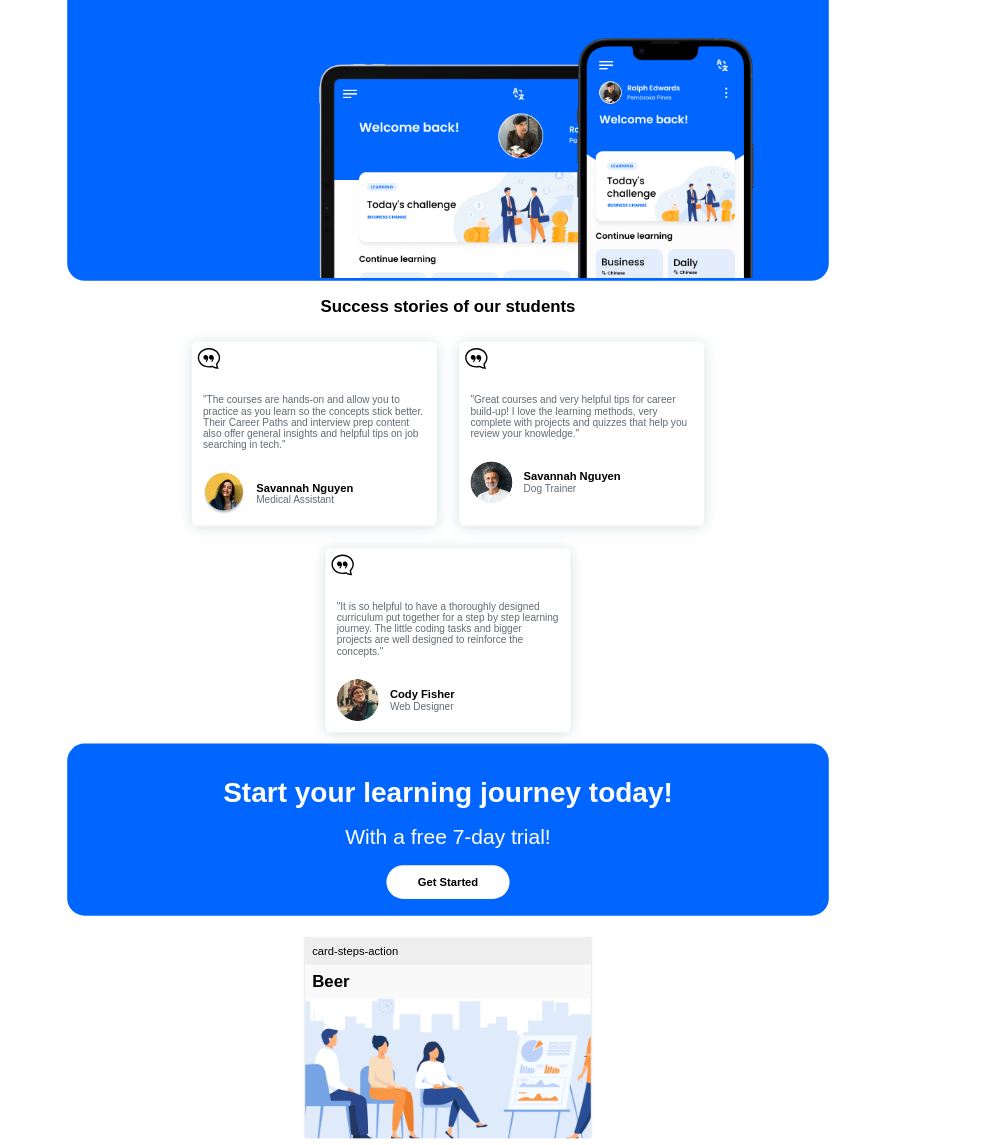
Repository: BinhIT/ChineseLearn
Page: index.html
The author's editor kept a copy of each file at every save. The page is drawn from the files as they stood at one save, then again after the next save.
The browser window is 1280 px wide. The page is 1436 px wide, so the pictures cover 1436 px, including what lies to the right of the window. The pictures show the part of the page from y = 1533 to 3253 px (the page is 3169 px tall before and 3253 px after), at 70% of full size.

Above is the page before, as saved 2023-03-02 07:35:43.
Console error: ReferenceError: $ is not defined

### index.html
<!DOCTYPE html>
<html lang="en">

<head>
    <meta charset="UTF-8">
    <meta http-equiv="X-UA-Compatible" content="IE=edge">
    <meta name="viewport" content="width=device-width, initial-scale=1.0">
    <link rel="icon" type="image/x-icon" href="./image/uil_english-to-chinese.svg">
    <meta name="viewport" content="width=device-width, initial-scale=1">
    <link rel="stylesheet" href="https://cdnjs.cloudflare.com/ajax/libs/font-awesome/4.7.0/css/font-awesome.min.css">
    <meta name="viewport" content="width=device-width, initial-scale=1">
    <link rel="stylesheet" href="https://cdnjs.cloudflare.com/ajax/libs/font-awesome/4.7.0/css/font-awesome.min.css">
    <link rel="stylesheet" href="./css/main.css">
    <link rel="stylesheet" href="./css/header.css">
    <link rel="stylesheet" href="./css/section.css">
    <link rel="stylesheet" href="./css/stories_card.css">
    <link rel="stylesheet" href="./css/4step.css">
    <title>Learn Chinese </title>
</head>

<body>
    <nav id="menu_header">
        <a href="javascript:void(0);" class="icon_nav" onclick="myFunction()">
            <i class="fa fa-bars"></i>
        </a>
        <label class="logo_main"><img src="./image/logo.png" alt=""></label>
        <label class="logo_mobile"><img src="./image/logo_short.png" alt=""></label>
        <ul id="menu_link">
            <li><a href="#">About us</a></li>
            <li><a href="#">Fricing</a></li>
            <li><a href="#">Help</a></li>
        </ul>
        <ul id="menu_btn">
            <button class="btn default">Sign In</button>
            <button class="btn info">Get Started</button>
        </ul>

    </nav>
    <!-- Hero section -->
    <section class="hero-section">
        <div class="row flex-container ">
            <div class="hero-col1">
                <h1>We help you learn chinese and get hired quickly</h1>
                <h4>The free, fun, and effective way to learn a language!</h4>
                <button class="btn btn_hero">Get Started</button>
            </div>
            <div class="hero-col2">
                <img src="./image/img-hero.png" alt="">
            </div>
        </div>

    </section>
    <!--End hero section -->
    <!-- Start section -->
    <section class="start-section">
        <div class="row flex-container">
            <div class="start-img">
                <img src="./image/start.png" alt="">
            </div>
            <div class="start-content">
                <h1>Start your business</h1>
                <p>Want to start speaking Chinese from your first lesson? You will! Our lessons take you by the hand and
                    guide you through real Chinese conversations. Our teachers slow down and explain every word and
                    phrase.
                </p>
                <p>
                    Just imagine... you’ll finally understand every Chinese word you hear.Learning for travel or love?
                    Want
                    to focus on reading, writing, grammar or culture? You get lessons based on your goals and needs.
                </p>
            </div>

        </div>

    </section>
    <!--End Start section -->
    <!-- Innovative section -->
    <section class="row innovative-section">
        <div class=" innovative-container">
            <div class="innovative-content">
                <h1>Innovative teaching methods</h1>
                <h4>Transform your life by committing to learning for 30 minutes a day</h4>
            </div>
            <div class="innovative-img">
                <img src="./image/innovative.png" alt="">
            </div>

        </div>

    </section>
    <!--End Innovative section -->
    <!-- Section stories student -->
    <section class="stories-section">
        <h1>Success stories of our students</h1>
        <div class="wrapper">

            <div class="card">
                <div class="card-banner">
                    <img class="icon-img" src='./image/bi_chat-quote.svg' alt=''>
                </div>
                <div class="card-body">
                    <p class="blog-description">"The courses are hands-on and allow you to practice as you learn so the
                        concepts stick better. Their Career Paths and interview prep content also offer general insights
                        and helpful tips on job searching in tech."
                    </p>
                    <div class="card-profile">
                        <img class="profile-img" src='./image/Ellipse 1.png' alt=''>
                        <div class="card-profile-info">
                            <h3 class="profile-name">Savannah Nguyen</h3>
                            <p class="profile-followers">Medical Assistant</p>
                        </div>
                    </div>
                </div>
            </div>

            <div class="card">
                <div class="card-banner">
                    <img class="icon-img" src='./image/bi_chat-quote.svg' alt=''>
                </div>
                <div class="card-body">
                    <p class="blog-description">"Great courses and very helpful tips for career build-up! I love the
                        learning methods, very complete with projects and quizzes that help you review your knowledge."
                    </p>

                    <div class="card-profile">
                        <img class="profile-img" src='./image/Ellipse 2.png' alt=''>
                        <div class="card-profile-info">
                            <h3 class="profile-name">Savannah Nguyen</h3>
                            <p class="profile-followers">Dog Trainer</p>
                        </div>
                    </div>
                </div>
            </div>

            <div class="card">
                <div class="card-banner">
                    <img class="icon-img" src='./image/bi_chat-quote.svg' alt=''>
                </div>
                <div class="card-body">
                    <p class="blog-description">"It is so helpful to have a thoroughly designed curriculum put together
                        for a step by step learning journey. The little coding tasks and bigger projects are well
                        designed to reinforce the concepts."
                    </p>

                    <div class="card-profile">
                        <img class="profile-img" src='./image/Ellipse 3.png' alt=''>
                        <div class="card-profile-info">
                            <h3 class="profile-name">Cody Fisher</h3>
                            <p class="profile-followers">Web Designer</p>
                        </div>
                    </div>
                </div>
            </div>

        </div>
    </section>
    <!--End  Section stories student -->
    <!-- Section call to action -->
    <section class="call-action-section">
        <div class="wrapper call-action-wrapper">
            <h1>Start your learning journey today!</h1>
            <h3>With a free 7-day trial!</h3>
            <div>
                <button class="btn btn_defaut">Get Started</button>
            </div>

        </div>
    </section>
    <!--End  Section call to action -->
    <!-- Section steps-->
    <section class="steps-section">
        <div class="wrapper steps-wrapper">
            <div class="card-steps">
                <div class="card-steps-action">
                    <p>card-steps-action</p>
                </div>
                <div class="card-steps-content">
                    <h2>Beer</h2>
                </div>
                <div class="card-steps-image" style="background-image: url('./image/step1-bg.png')">
                </div>
            </div>


        </div>
    </section>
    <!--End  Section steps -->
</body>
<script src="./js/header.js"></script>

</html>

### css/main.css
:root {
    --clr-gray-light: #d7dfe2;
    --clr-gray-med: #616b74;
    --clr-gray-dark: #414b56;
    --clr-primary: #0066FF;
    ;
}

@import url('https://fonts.googleapis.com/css2?family=Poppins:wght@500;600&display=swap');



* {
    padding: 0;
    margin: 0;
    text-decoration: none;
    list-style: none;
    font-family: 'Poppins', sans-serif;

}

body {
    width: 85%;
    padding: auto;
    margin: auto;
}

.wrapper {
    padding-top: 2%;
    display: flex;
    flex-wrap: wrap;
    justify-content: center;
}

.btn {
    border-radius: 25px;
    font-size: 16px;
    cursor: pointer;
    border: none;

}

.btn_defaut {
    background-color: #fff;
    padding: 15px 45px;
    font-weight: 700;
    color: #000;

}

.call-action-wrapper {
    color: #ffff;
    text-align: center;
    line-height: 4em;
    background-color: var(--clr-primary);
    flex-direction: column;
    height: 14em;
    border-radius: 25px;

}

.call-action-wrapper h1 {
    font-size: 40px;
}

.call-action-wrapper h3 {
    font-size: 30px;
    font-weight: 400;
}

### css/header.css
#menu_header {
    display: flex;
    flex-wrap: nowrap;
    justify-content: space-between;
    align-items: center;
}

nav {
    height: 65px;
    margin: 0 auto;
    background: #ffffff;
    border-bottom: 2px solid #B3B3B3;
}

label.logo {
    font-size: 35px;
    font-weight: bold;
    color: #fff;
    padding: 0 100px;
    line-height: 80px;
}

nav ul {
    float: right;
    margin-right: 40px;
}

nav li {
    display: inline-block;
    margin: 0 8px;
    line-height: 80px;
}

nav a {
    color: #000000;
    font-size: 18px;
    font-weight: 700;
    border: 1px solid transparent;
    padding: 7px 10px;
    border-radius: 3px;
}

a.active,
a:hover {
    border: 1px solid #000000;
    transition: .5s;
}


/* Blue */
.info {
    background-color: #0066FF;
    border-color: #2196F3;
    color: rgb(255, 255, 255);
    padding: 8px 28px;
}

.info:hover {
    background: #0066FF;
    color: white;
}

/* Gray */
.default {
    border-color: #e7e7e7;
    color: black;
    padding: 8px 28px;
}

.default:hover {
    background: #e7e7e7;
}

/* logo */
.logo_mobile {
    display: none;
}

#menu_header .icon_nav {
    display: none;

}



@media only screen and (max-width:854px) {
    .logo_mobile {
        display: block;
    }

    .logo_main {
        display: none;
    }

    nav {
        width: 95%;
    }

    #menu_header .icon_nav {
        display: block;
        width: 30%;
    }

    #menu_btn {
        display: contents;
        float: right;
    }

    #menu_btn .default {
        display: none;
    }

    #menu_header #menu_link {
        display: none;
    }

    .btn_header {
        font-size: 5px;
        padding: 8px 25px;
    }


}

@media only screen and (max-width: 1024px) {
    nav #icon {
        display: block;
    }

    .logo_mobile {
        display: block;
        width: 15%;
    }

    .logo_main {
        display: none;
    }

    nav a {
        font-size: 18px;
    }

    a.active,
    a:hover {
        border: none;
        color: #3498db;
    }

    nav ul.show {
        left: 0;
    }

    .btn_header {

        font-size: 8px;
    }
}

### css/section.css
/* section hero */
.row {

    margin: auto;
    padding: auto;
}

.hero-section {
    padding-top: 5%;
}

.hero-col1 {
    padding-top: 4%;
    line-height: 5em;
}

.hero-col1 h1 {
    font-size: 45px;

}

.flex-container {
    display: flex;
}

.btn_hero {
    background-color: var(--clr-primary);
    border-color: #2196F3;
    color: rgb(255, 255, 255);
    padding: 10px 35px;
}

/* Start section */
.start-section {
    margin-top: 5%;
}

.start-content {
    padding: 5% 5%;
    margin: auto;
}

.start-content h1 {
    font-size: 40px;
}

.start-content p {
    font-size: 20px;
    padding-top: 5%;
}

/* innovative-section */
.innovative-section {
    margin-top: 5%;
    background-color: var(--clr-primary);
    text-align: center;
    border-radius: 25px;
}

.innovative-container {
    display: flex;
    flex-direction: column;
    justify-content: space-around;
}

.innovative-content {
    line-height: 4em;
    display: block;
    margin-left: auto;
    margin-right: auto;
    padding: 2%;
    color: #ffffff;
}

.innovative-content h1 {
    font-size: 40px;
}

.innovative-content h4 {
    font-weight: 300;
    font-size: 30px;
}

.innovative-img img {
    padding-top: 2%;
}

/* reponsive section */
@media screen and (max-width: 1265px) {
    .flex-container {
        flex-wrap: wrap;
    }

    .innovative-img img {
        max-width: 90%;
    }


}

/* tablet */
@media screen and (max-width: 1024px) {
    .hero-col1 h1 {
        font-size: 50px;

    }

    .hero-col1 h4 {
        font-size: 30px;

    }

    .innovative-img img {
        max-width: 90%;
    }
}

/* Mobile */
@media only screen and (min-width: 595px) and (max-width:765px) {
    .hero-col1 {
        line-height: 4em;
    }

    .hero-col1 h1 {
        font-size: 50px;

    }

    .hero-col1 h4 {
        font-size: 30px;

    }


    .start-img img {
        width: 85%;
    }

    .start-content h1 {
        font-size: 25px;
    }

    .start-content p {
        font-size: 15px;
    }

    .hero-col2 img {
        width: 85%;
        padding: 5% 5%;
    }

}

@media only screen and (min-width: 360px) and (max-width:594px) {
    .hero-col1 {
        line-height: 3em;
    }

    .hero-col2 img {
        padding: 5% 5%;
    }

    .hero-col1 h1 {
        font-size: 35px;
    }

    .hero-col1 h4 {
        font-size: 19px;

    }

    .start-img img {
        width: 85%;
    }

    .start-content h1 {
        font-size: 25px;
    }

    .start-content p {
        font-size: 15px;
    }

    .hero-col2 img {
        width: 85%;
        padding: 5% 5%;
    }
}

### css/stories_card.css
.card {
    overflow: hidden;
    box-shadow: 0px 2px 20px var(--clr-gray-light);
    background: white;
    border-radius: 0.5rem;
    position: relative;
    width: 350px;
    margin: 1rem;
    transition: 250ms all ease-in-out;
    cursor: pointer;
}

.card:hover {
    transform: scale(1.05);
    box-shadow: 0px 2px 40px var(--clr-gray-light);
}

.icon-img {
    padding-top: 2%;
    height: 2rem;
    width: 14%;
}


.card-body {
    margin: 2rem 1rem 1rem 1rem;
}

.blog-hashtag {
    font-size: 0.9rem;
    font-weight: 500;
    color: var(--clr-link);
}

.blog-title {
    line-height: 1.5rem;
    margin: 1rem 0 0.5rem;
}

.blog-description {
    color: var(--clr-gray-med);
    font-size: 0.9rem;
    text-align: left;
}

.card-profile {
    display: flex;
    margin-top: 2rem;
    align-items: center;
}

.profile-img {
    width: 60px;
    height: 60px;
    object-fit: cover;
    border-radius: 50%;
}

.card-profile-info {
    margin-left: 1rem;
}

.profile-name {
    font-size: 1rem;
}

.profile-followers {
    color: var(--clr-gray-med);
    font-size: 0.9rem;
}

.stories-section h1 {
    padding-top: 2%;
    text-align: center;
}

### css/4step.css
.card-steps {
    width: calc(39.33333% - 20px);
    display: flex;
    flex-wrap: wrap;
    flex-direction: column;
    margin: 10px;
    background-color: #fff;
    box-shadow: 0 0 3px rgba(0, 0, 0, 0.22);
}

.card-steps-image {
    flex: 0 0 auto;
    min-height: 100px;
    height: 200px;
    background-size: cover;
    background-position: center;
}

.card-steps-content {
    flex: 1 0 auto;
    width: 100%;
    background-color: #f9f9f9;
}

.card-steps-content * {
    padding: 10px;
}

.card-steps-action {
    flex: 0 0 auto;
    align-self: flex-end;
    width: 100%;
    background-color: #eee;
}

.card-steps-action * {
    padding: 10px;
}

@media (max-width: 768px) {
    .container {
        margin: 0;
    }

    .card-steps {
        width: 100%;
        flex-direction: row;
    }

    .card-steps-image {
        height: auto;
        flex: 1 0;
    }

    .card-steps-content {
        flex: 2 0;
    }

    .card-steps-action {
        flex: 1 0 100%;
    }
}

### js/header.js
var $animation_elements = $('.animation-element');
var $window = $(window);

function check_if_in_view() {
    var window_height = $window.height();
    var window_top_position = $window.scrollTop();
    var window_bottom_position = (window_top_position + window_height);

    $.each($animation_elements, function () {
        var $element = $(this);
        var element_height = $element.outerHeight();
        var element_top_position = $element.offset().top;
        var element_bottom_position = (element_top_position + element_height);

        //check to see if this current container is within viewport
        if ((element_bottom_position >= window_top_position) &&
            (element_top_position <= window_bottom_position)) {
            $element.addClass('in-view');
        } else {
            $element.removeClass('in-view');
        }
    });
}

$window.on('scroll resize', check_if_in_view);
$window.trigger('scroll');

After the next save:
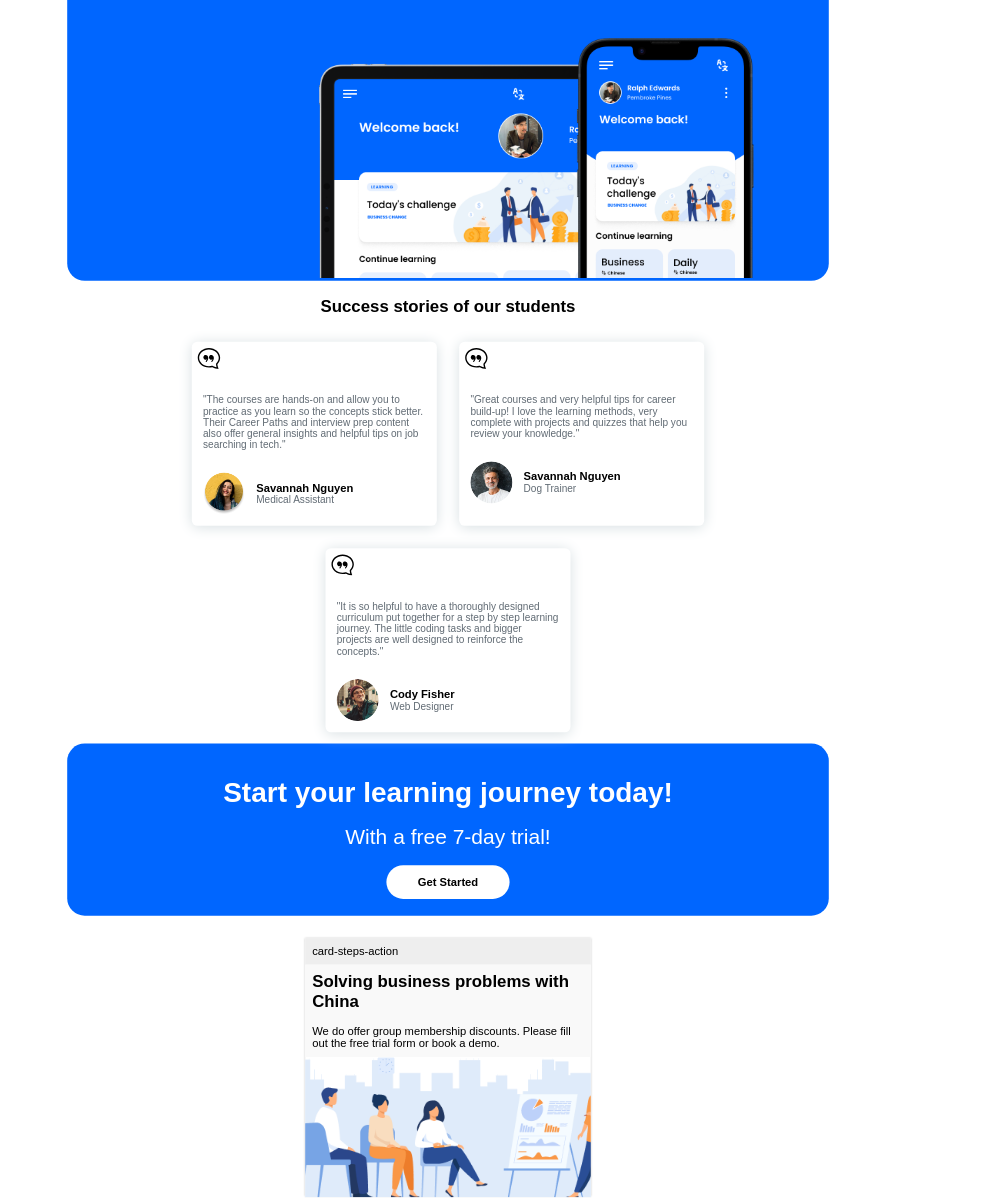
Saved 42 s later.
--- a/index.html
+++ b/index.html
@@ -175,7 +175,8 @@
                     <p>card-steps-action</p>
                 </div>
                 <div class="card-steps-content">
-                    <h2>Beer</h2>
+                    <h2>Solving business problems with China</h2>
+                    <p>We do offer group membership discounts. Please fill out the free trial form or book a demo.</p>
                 </div>
                 <div class="card-steps-image" style="background-image: url('./image/step1-bg.png')">
                 </div>
